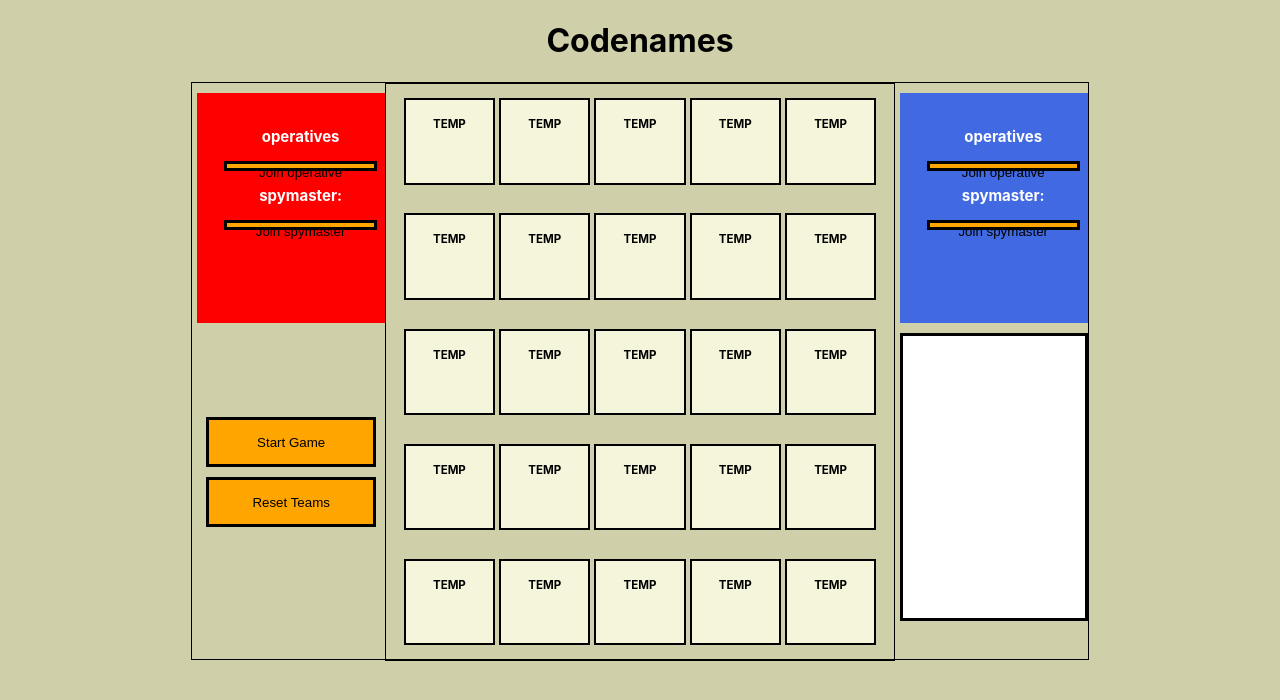
Repository: alcarrizo/Codenames-Fullstack
Page: / (app in client/)
These files come from the project's save history. The page is drawn as it stood at one moment and after the next save; the edit follows.
The browser window is 1280 px wide. The pictures show the whole page.
The project was rebuilt for these pictures with package versions that can differ from the ones it lists, and the page was loaded fresh each time. Imported but missing from the stored project, and not drawn on this page: client/src/reportWebVitals.

Above is the page before, as saved 2023-01-09 20:27:16.

After the next save:
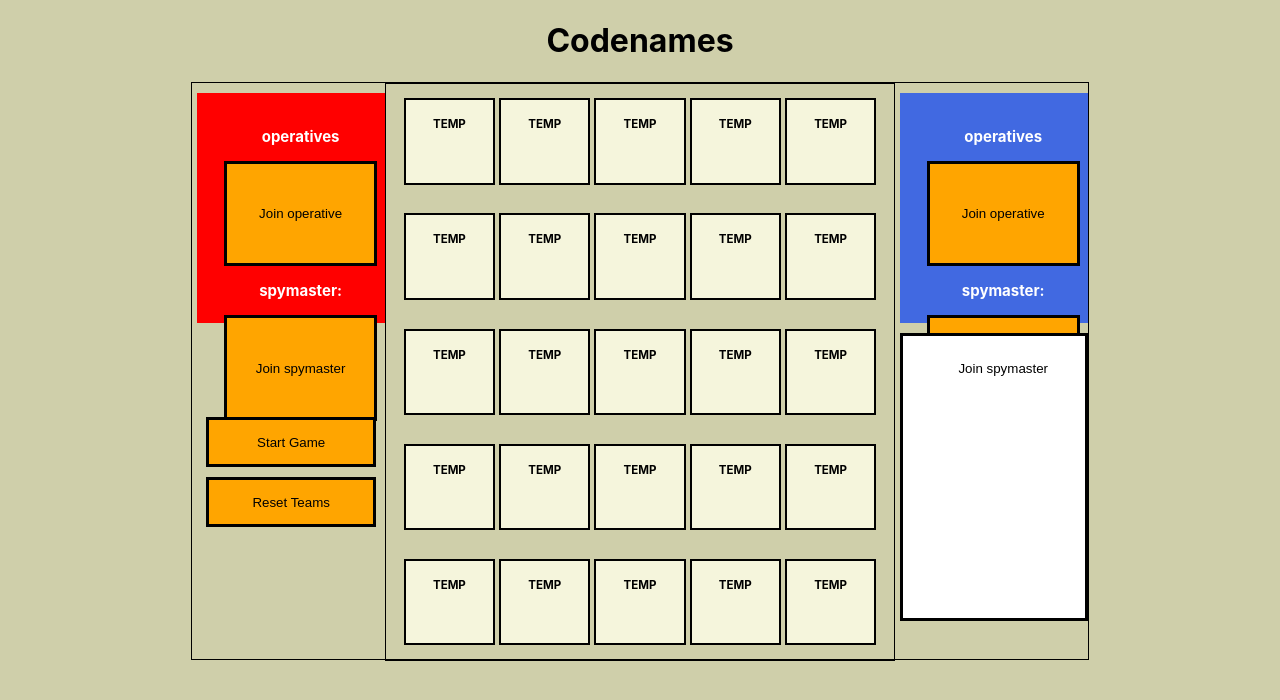
Saved 10 s later.
--- a/client/src/css/styles.css
+++ b/client/src/css/styles.css
@@ -132,7 +132,7 @@ body.blue {
 .join-button {
     display: block;
     width: 90%;
-    height: 10px;
+    height: 50%;
     margin: 0 auto;
     background-color: orange;
     border: black solid 3px;
